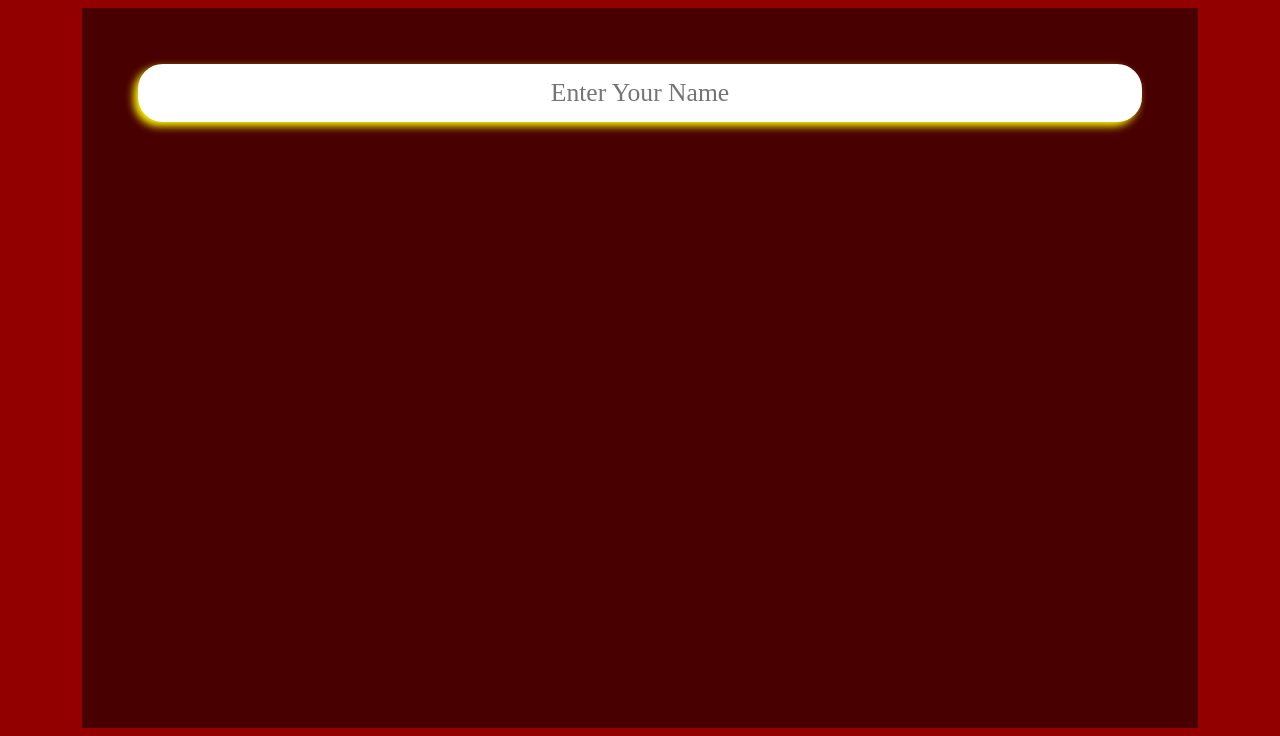
Repository: Haneef-Shaik/Greetings
Page: /
The author's editor kept a copy of each file at every save. The page is drawn from the files as they stood at one save, then again after the next save.
The browser window is 1280 px wide. The pictures show the whole page.
The project was rebuilt for these pictures with package versions that can differ from the ones it lists, and the page was loaded fresh each time. The framework's server and built-in components were replaced by stand-ins that run in the browser. Also part of the build but not shown: next.config.js, styles/card.module.scss, components/card.js, styles/socialShare.module.scss, components/socialShare.js.

Above is the page before, as saved 2021-12-01 20:11:47.

After the next save:
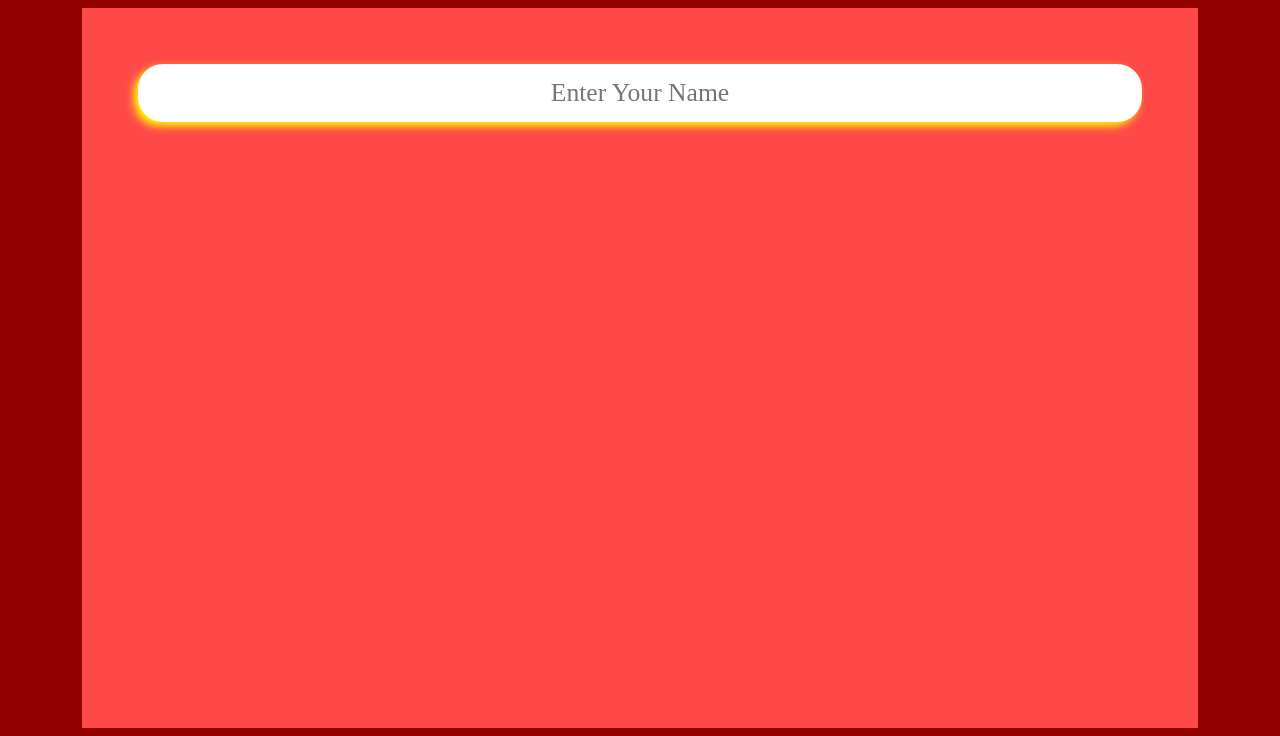
Saved 24 s later.
--- a/styles/form.module.scss
+++ b/styles/form.module.scss
@@ -1,7 +1,7 @@
 .formContainer{
     padding:5%;
     height:100vh;
-    background-color:#490000;
+    background-color:#FF4949;
     input{
         text-align:center;
         font-family: 'Times New Roman', Times, serif;
